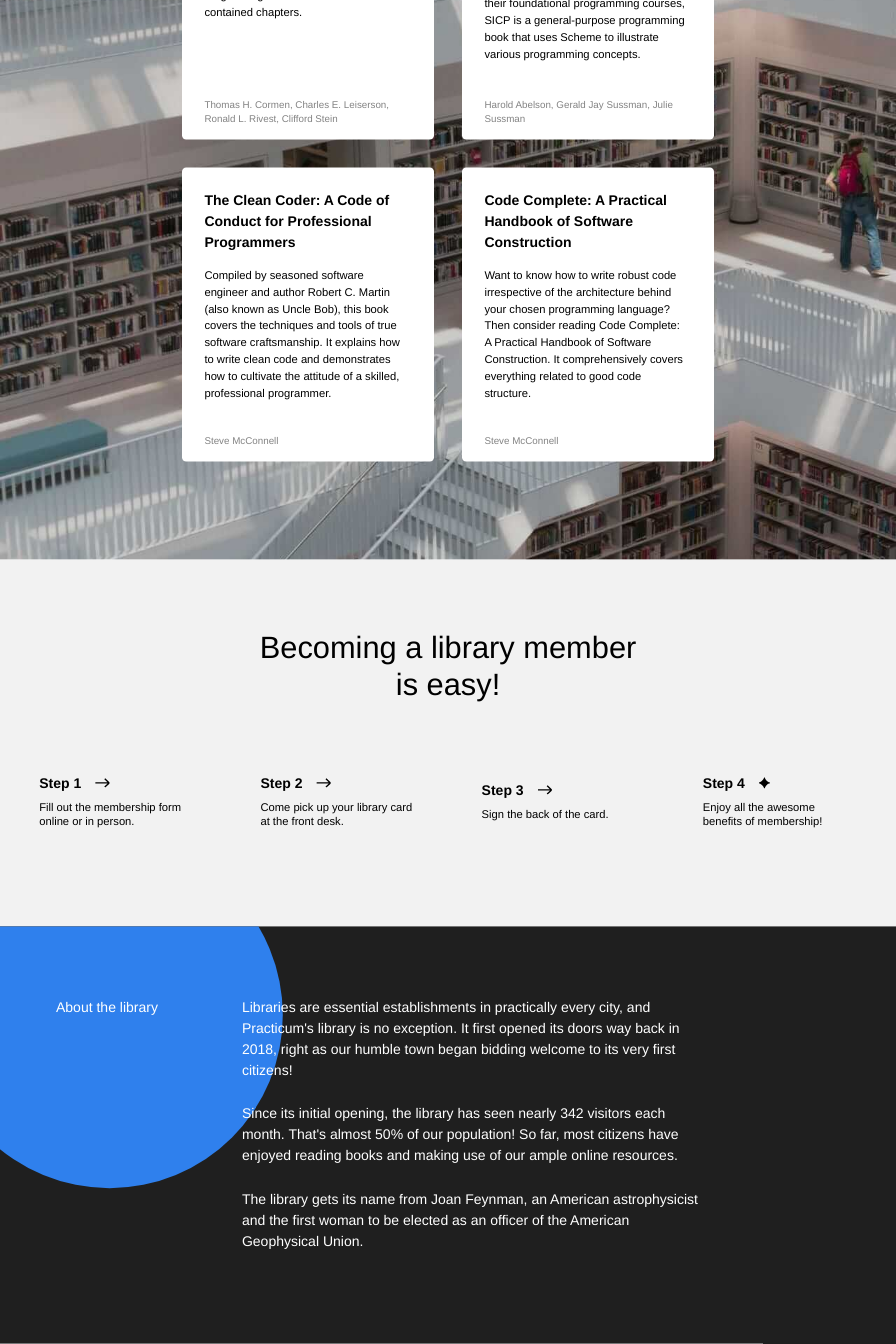
Repository: MWilliams-26/se_project_library
Page: index.html
These files come from the project's save history. The page is drawn as it stood at one moment and after the next save; the edit follows.
The browser window is 1280 px wide. The pictures show the part of the page from y = 2038 to 3958 px (the page is 3958 px tall), at 70% of full size.

Above is the page before, as saved 2023-04-04 11:18:44.

### index.html
<!DOCTYPE html>
<html lang="en">
  <head>
    <meta charset="UTF-8" />
    <meta name="viewport" content="width=device-width, initial-scale=1.0" />
    <title>Practicum Library</title>
    <link rel="shortcut icon" href="favicon.ico" />
    <link rel="stylesheet" href="./styles/normalize.css" />
    <link rel="stylesheet" href="./styles/style.css" />
  </head>

  <body>
    <!-- Wrap the entire page content in a new div with the page class. Remember to add the closing tag -->
    <div class="page">
      <header class="header">
        <nav class="nav">
          <img
            src="./images/logo.png"
            alt="Practicum Library Logo"
            class="logo"
          />
          <!-- Putting navigation links in a list is supposed to be the best practice of writing the semantic code since it allows screen readers to pause between each link instead of reading all the links as a sentence. -->
          <ul class="nav__links">
            <li>
              <a class="nav__link">Staff picks</a>
            </li>
            <li>
              <a class="nav__link">Events</a>
            </li>
            <li>
              <a class="nav__link">Become a member</a>
            </li>
            <li>
              <a class="nav__link">About</a>
            </li>
            <li>
              <a class="nav__link">Contacts</a>
            </li>
          </ul>
        </nav>
        <h1 class="header__title">Welcome to the Practicum Library</h1>
        <p class="header__description">
          We're pleased to open our library doors to everyone! Come and expand
          your development knowledge, or just use this lovely spot to work or
          study. This is a cool place for cool students!
        </p>
        <!-- ----------------------------------------------------------------- -->
        <!--               Don't uncomment until project stage 2               -->
        <!-- ----------------------------------------------------------------- -->
        <img
          src="./images/inside_the_library.png"
          alt="Illustration 'Inside the library'"
          class="header__image"
        />
        <div class="header__footer">
          <a class="header__link">About the library &darr;</a>
          <p class="header__address">
            200 Success Avenue, The Town of Practicum
          </p>
        </div>
      </header>

      <main class="content">
        <section class="events">
          <div class="events__content">
            <h2 class="events__heading">Upcoming events:</h2>
            <h3 class="events__title">
              In honor of Joan Feynman: Women in astrophysics
            </h3>
            <div class="event-info events__info-section">
              <div class="event-info__item">
                <div
                  class="event-info__icon event-info__icon_type_calendar"
                ></div>
                <p class="event-info__text">Mon, January 12</p>
              </div>
              <div class="event-info__item">
                <div class="event-info__icon event-info__icon_type_pin"></div>
                <p class="event-info__text">
                  Practicum Library Conference Hall & Online
                </p>
              </div>
            </div>
            <p class="events__description">
              At this event, which celebrates the library's namesake, our guest
              lecturer will take us on a journey exploring some of the most
              prominent female researchers in the world of space science. It's
              easy to buy into the misconception that this field was mostly
              dominated by men, but our lecture aims to change that notion and
              prove that this hasn't been the case since at least the 18th
              century.
            </p>
            <a href="#" class="events__more">More events &rarr;</a>
          </div>
          <div class="events__cover">
            <img
              class="events__image"
              src="images/cafe.png"
              alt="events image"
            />
            <div class="person person_name_feynman">
              <p class="person__caption">Joann Feynman</p>
              <img
                class="person__image person__image_size_l"
                src="images/person_feynman.png"
                alt="Joann Feyman"
              />
            </div>
            <div class="person person_name_burbidge">
              <p class="person__caption">Margaret Burbidge</p>
              <img
                class="person__image person__image_size_m"
                src="images/person_burbidge.png"
                alt="Margaret Burbidge"
              />
            </div>
            <div class="person person_name_cannon">
              <img
                class="person__image person__image_size_m"
                src="images/person_cannon.png"
                alt="Annie Jump Cannon"
              />
              <p class="person__caption">Annie Jump Cannon</p>
            </div>
            <div class="person person_name_burbidge">
              <p class="person__caption">Margaret Burbidge</p>
              <img
                class="person__image person__image_size_m"
                src="images/person_burbidge.png"
                alt="Margaret Burbidge"
              />
            </div>
            <div class="person person_name_mitchell">
              <img
                class="person__image person__image_size_s"
                src="images/person_mitchell.png"
                alt="Maria Mitchell"
              />
              <p class="person__caption">Maria Mitchell</p>
            </div>
            <div class="person person_name_tarter">
              <p class="person__caption">Jill Tarter</p>
              <img
                class="person__image person__image_size_m"
                src="images/person_tarter.png"
                alt="Jill Tarter"
              />
            </div>
          </div>
        </section>

        <section class="staff">
          <!-- --------------------------------------------------------------- -->
          <!--        Don't uncomment until the final project stage            -->
          <!-- --------------------------------------------------------------- -->
          <h2 class="staff__title">Staff picks</h2>
          <p class="staff__subtitle">That our readers love</p>
          <ul class="staff__picks">
            <li class="card">
              <div class="card__content">
                <h3 class="card__title">Introduction to Algorithms</h3>
                <p class="card__text">
                  The name of this book is self-explanatory; it's a proper
                  introduction to algorithms! Introduction to Algorithms, or
                  CLRS, in reference to the authors' last names, goes in-depth
                  and covers a range of algorithms across several self-contained
                  chapters.
                </p>
                <p class="card__footer">
                  Thomas H. Cormen, Charles E. Leiserson, Ronald L. Rivest,
                  Clifford Stein
                </p>
              </div>
            </li>

            <li class="card">
              <div class="card__content">
                <h3 class="card__title">
                  The Structure and Interpretation of Computer Programs (SICP)
                </h3>
                <p class="card__text">
                  This is one of the best books for learning the fundamentals of
                  programming. Featured by MIT in one of their foundational
                  programming courses, SICP is a general-purpose programming
                  book that uses Scheme to illustrate various programming
                  concepts.
                </p>
                <p class="card__footer">
                  Harold Abelson, Gerald Jay Sussman, Julie Sussman
                </p>
              </div>
            </li>

            <li class="card">
              <div class="card__content">
                <h3 class="card__title">
                  The Clean Coder: A Code of Conduct for Professional
                  Programmers
                </h3>
                <p class="card__text">
                  Compiled by seasoned software engineer and author Robert C.
                  Martin (also known as Uncle Bob), this book covers the
                  techniques and tools of true software craftsmanship. It
                  explains how to write clean code and demonstrates how to
                  cultivate the attitude of a skilled, professional programmer.
                </p>
                <p class="card__footer">Steve McConnell</p>
              </div>
            </li>

            <li class="card">
              <div class="card__content">
                <h3 class="card__title">
                  Code Complete: A Practical Handbook of Software Construction
                </h3>
                <p class="card__text">
                  Want to know how to write robust code irrespective of the
                  architecture behind your chosen programming language? Then
                  consider reading Code Complete: A Practical Handbook of
                  Software Construction. It comprehensively covers everything
                  related to good code structure.
                </p>
                <p class="card__footer">Steve McConnell</p>
              </div>
            </li>
          </ul>
        </section>

        <section class="membership">
          <!-- --------------------------------------------------------------- -->
          <!--         Don't uncomment until the final project stage           -->
          <!-- --------------------------------------------------------------- -->
          <h2 class="membership__title">Becoming a library member is easy!</h2>
          <ul class="membership__steps">
            <li class="step">
              <h3 class="step__title">
                Step 1
                <img
                  src="./images/icon_step_forward.svg"
                  alt="icon forward"
                  class="step__icon"
                />
              </h3>
              <p class="step__description">
                Fill out the membership form online or in person.
              </p>
            </li>
            <li class="step">
              <h3 class="step__title">
                Step 2
                <img
                  src="./images/icon_step_forward.svg"
                  alt="icon forward"
                  class="step__icon"
                />
              </h3>
              <p class="step__description">
                Come pick up your library card at the front desk.
              </p>
            </li>
            <li class="step">
              <h3 class="step__title">
                Step 3
                <img
                  src="./images/icon_step_forward.svg"
                  alt="icon forward"
                  class="step__icon"
                />
              </h3>
              <p class="step__description">Sign the back of the card.</p>
            </li>
            <li class="step">
              <h3 class="step__title">
                Step 4
                <img
                  src="./images/icon_step_finish.svg"
                  alt="icon finish"
                  class="step__icon"
                />
              </h3>
              <p class="step__description">
                Enjoy all the awesome benefits of membership!
              </p>
            </li>
          </ul>
        </section>

        <section class="about">
          <!-- --------------------------------------------------------------- -->
          <!--          Don't uncomment until the final project stage          -->
          <!-- --------------------------------------------------------------- -->
          <h2 class="about__title">About the library</h2>
          <div class="about__content">
            <p class="about__paragraph">
              Libraries are essential establishments in practically every city,
              and Practicum's library is no exception. It first opened its doors
              way back in 2018, right as our humble town began bidding welcome
              to its very first citizens!
            </p>
            <p class="about__paragraph">
              Since its initial opening, the library has seen nearly 342
              visitors each month. That's almost 50% of our population! So far,
              most citizens have enjoyed reading books and making use of our
              ample online resources.
            </p>
            <p class="about__paragraph">
              The library gets its name from Joan Feynman, an American
              astrophysicist and the first woman to be elected as an officer of
              the American Geophysical Union.
            </p>
          </div>
          <div class="about__circle"></div>
        </section>
      </main>
      <footer class="footer">
        <!-- ----------------------------------------------------------------- -->
        <!--          Don't uncomment until the final project stage            -->
        <!-- ----------------------------------------------------------------- -->
      </footer>
    </div>
  </body>
</html>

### styles/style.css
.page {
  /* Add page class properties here */
  min-width: 1100px;
  max-width: 1600px;
  margin: 0 auto;
  font-family: Helvetica Neue, Arial, sans-serif;
  font-size: 16px;
  line-height: 20px;
}

.header {
  height: 100vh;
  min-height: 720px;
  max-height: 800px;
  padding: 30px 80px 0;
  position: relative;
  box-sizing: border-box;
}

.nav {
  /* Add flex properties here */
  display: flex;
  justify-content: space-between;
  align-items: stretch;
  flex-flow: row wrap;
  margin-top: 8px;
}

.logo {
  width: 196px;
  height: 60px;
}

.nav__links {
  /* Reset default list styles here */
  margin: 0 0 0;
  display: flex;
  column-gap: 20px;
  list-style: none;
}

.nav__link {
  color: #000000;
  text-decoration: none;
  font-weight: bold;
}

.header__title {
  font-size: 66px;
  line-height: 76px;
  font-weight: 500;
  max-width: 544px;
  margin-top: 150px;
  margin-bottom: 32px;
}

.header__description {
  font-size: 20px;
  line-height: 30px;
  max-width: 532px;
}

.header__image {
  position: absolute;
  max-width: 636px;
  top: 135px;
  right: 20px;
  z-index: 1;
}

.header__footer {
  position: absolute;
  left: 0;
  bottom: 40px;
  width: 100%;
  display: flex;
  align-items: center;
  padding: 40px 80px 0;
  justify-content: space-between;
  box-sizing: border-box;
}

.header__link {
  color: #2f80ed;
  text-decoration: none;
}

.header__address {
  margin: 0;
  color: #838383;
}

.events {
  padding: 100px 0 120px 80px;
  display: flex;
  align-items: start;
  justify-content: space-between;
  box-sizing: border-box;
  background-color: #f2f2f2;
}
.events__content {
  flex-basis: 580px;
}

.events__heading {
  font-size: 20px;
  font-weight: 500;
  line-height: 30px;
  margin: 0;
}

.events__title {
  font-size: 44px;
  font-weight: 500;
  line-height: 52px;
  margin: 32px 0 0;
}

.events__info-section {
  margin-top: 32px;
}

.event-info__item {
  display: flex;
  align-items: center;
  margin-bottom: 4px;
  font-weight: 500;
}

.event-info__icon {
  background-repeat: no-repeat;
  background-position: center;
  margin-right: 12px;
  width: 24px;
  height: 24px;
}

.event-info__icon_type_calendar {
  background-image: url(../images/icon_calendar.svg);
}

.event-info__icon_type_pin {
  background-image: url(../images/icon_pin.svg);
}

.event-info__text {
  font-size: 20px;
  font-weight: 500;
  line-height: 30px;
  margin: 0;
}

.events__description {
  margin: 40px 0 60px;
}

.events__more {
  color: #2f80ed;
  text-decoration: none;
}

.events__cover {
  flex-grow: 1;
  flex-shrink: 0;
  flex-basis: 780px;
  max-width: 780px;
  position: relative;
}

.events__image {
  max-width: 100%;
}

.person {
  position: absolute;
  display: flex;
  align-items: center;
  flex-direction: column;
  gap: 10px;
}

.person_name_feynman {
  position: absolute;
  top: -30px;
  left: 319px;
}

.person_name_burbidge {
  top: 96px;
  right: 125px;
}

.person_name_cannon {
  bottom: 18px;
  right: 216px;
}

.person_name_mitchell {
  bottom: 82px;
  left: 142px;
}

.person_name_tarter {
  top: 79px;
  left: 159px;
}

.person__image {
  max-width: 100%;
}

.person__image_size_l {
  width: 140px;
}

.person__image_size_m {
  width: 100px;
}

.person__image_size_s {
  width: 80px;
}

.person__caption {
  text-align: center;
  font-size: 14px;
  margin: 0;
}
.staff {
  padding: 100px 0 140px;
  background-image: url(../images/staff_picks_background.jpg);
}

.staff__title {
  text-align: center;
  font-size: 44px;
  line-height: 52px;
  margin: 0 0 24px;
  color: #ffffff;
}

.staff__subtitle {
  text-align: center;
  font-size: 20px;
  line-height: 30px;
  font-weight: 400;
  margin: 0;
  color: #ffffff;
}

.staff__picks {
  max-width: 760px;
  margin: auto;
  margin-top: 68px;
  display: flex;
  flex-wrap: wrap;
  justify-content: center;
  gap: 40px;
  list-style-type: none;
  padding: 0;
}

/* Add the CSS rule for your new class here. Make sure to place it before .card: parents should precede their children */

.card {
  background-color: #fff;
  border-radius: 6px;
  padding: 32px 40px 20px 32px;
  box-sizing: border-box;
  width: 360px;
  height: 420px;
}

.card__content {
  width: 100%;
  height: 100%;
  display: flex;
  flex-direction: column;
}

.card__title {
  font-size: 20px;
  line-height: 30px;
  font-weight: 700;
  margin: 0;
}

.card__text {
  margin: 20px 0 0;
  font-size: 16px;
  line-height: 24px;
}

.card__footer {
  margin: 0;
  font-size: 14px;
  line-height: 20px;
  color: #838383;
  margin-top: auto;
}

.membership {
  padding: 100px 0 140px;
  background-color: #f2f2f2;
}

.membership__title {
  max-width: 574px;
  margin: 0 auto;
  text-align: center;
  font-size: 44px;
  font-weight: 500;
  line-height: 52px;
}

.membership__steps {
  list-style-type: none;
  padding: 0;
  margin: 100px 0 0;
  display: flex;
  justify-content: space-evenly;
  align-items: center;
  flex-direction: row;
  gap: 40px;

  /* Add styles */
}

.step {
  max-width: 220px;
  flex-basis: 220px;

  /* Add styles */
}

.step__title {
  margin: 0;
  font-size: 20px;
  line-height: 30px;
  font-weight: 700;
  display: flex;
  align-items: center;
}

.step__icon {
  margin-left: 20px;
}

.step__description {
  margin: 10px 0 0;
}

.about {
  padding: 100px 80px;
  background-color: #1f1f1f;
  color: #fff;
  overflow: hidden;
  position: relative;
  box-sizing: border-box;
  display: flex;
}

.about__title {
  margin: 0;
  font-size: 20px;
  line-height: 30px;
  font-weight: 500;
  z-index: 1;
  max-width: 154px;
  display: flex;
  flex-direction: row;
}

.about__content {
  font-size: 20px;
  line-height: 30px;
  font-weight: 400;
  max-width: 660px;
  display: flex;
  flex-direction: column;
  justify-content: center;
  align-items: center;
  padding-left: 120px;
  z-index: 2;
}

.about__paragraph {
  margin: 0 0 32px;
}

.about__circle {
  background-color: #2f80ed;
  width: 495px;
  height: 495px;
  border-radius: 50%;
  position: absolute;
  top: -121px;
  left: -91px;
  z-index: 0;
}

.footer {
  box-sizing: border-box;
}

.footer__columns {
}

.footer__column_content_hours {
}

.footer__column_content_social {
}

.footer__logo {
}

.footer__list {
  /* The code below removes the default browser styles for lists */
  list-style-type: none;
  padding: 0;
  margin: 0;
}

.footer__list-item {
}

.footer__column-heading {
}

.footer__column-link {
  color: white;
  font-size: 16px;
  line-height: 20px;
  text-decoration: none;
}

.footer__social-icon {
}

.footer__copyright {
}

Loaded but not shown: styles/normalize.css (library)

After the next save:
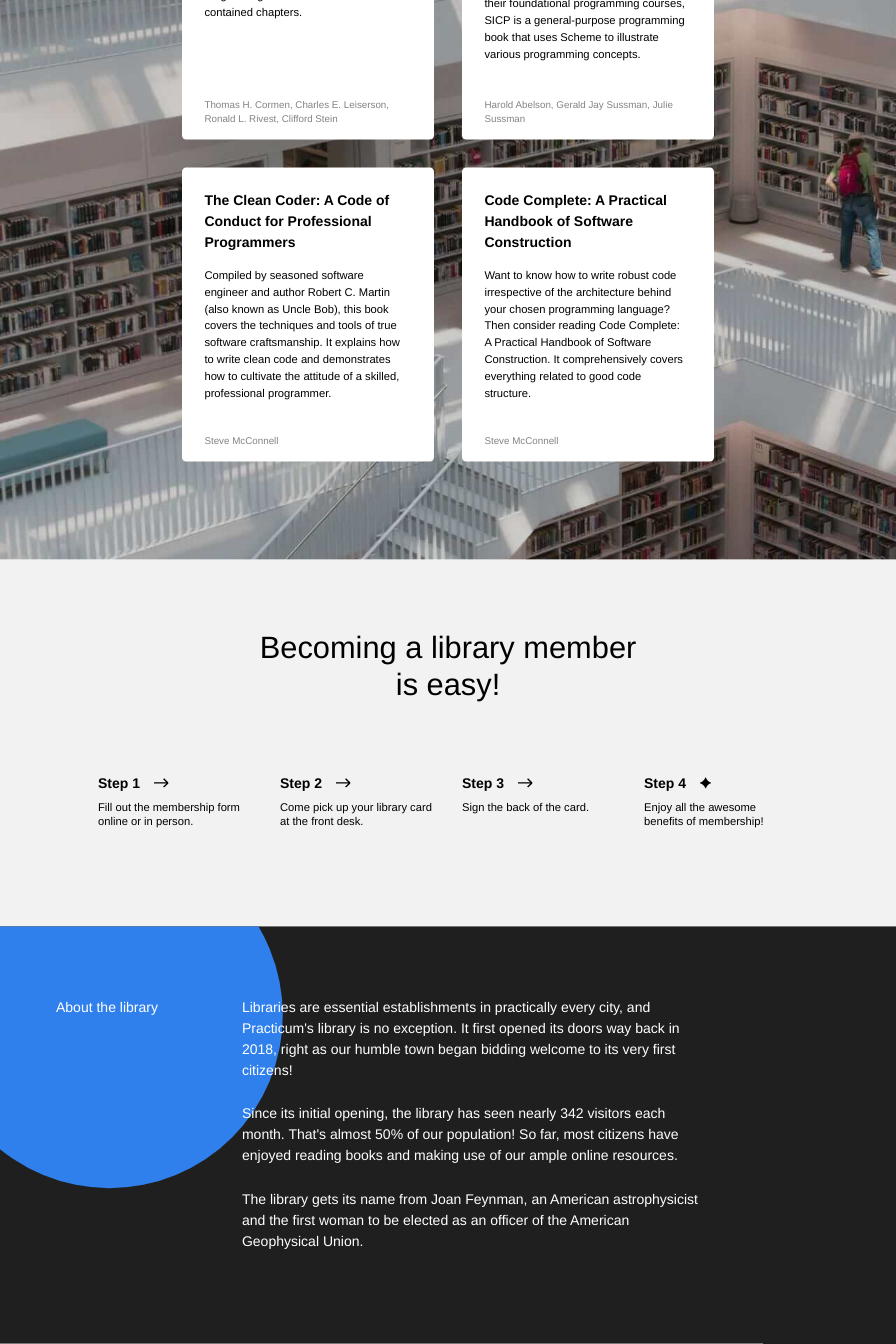
Saved 31 s later.
--- a/styles/style.css
+++ b/styles/style.css
@@ -318,10 +318,9 @@
   padding: 0;
   margin: 100px 0 0;
   display: flex;
-  justify-content: space-evenly;
-  align-items: center;
+  justify-content: center;
   flex-direction: row;
-  gap: 40px;
+  column-gap: 40px;
 
   /* Add styles */
 }
